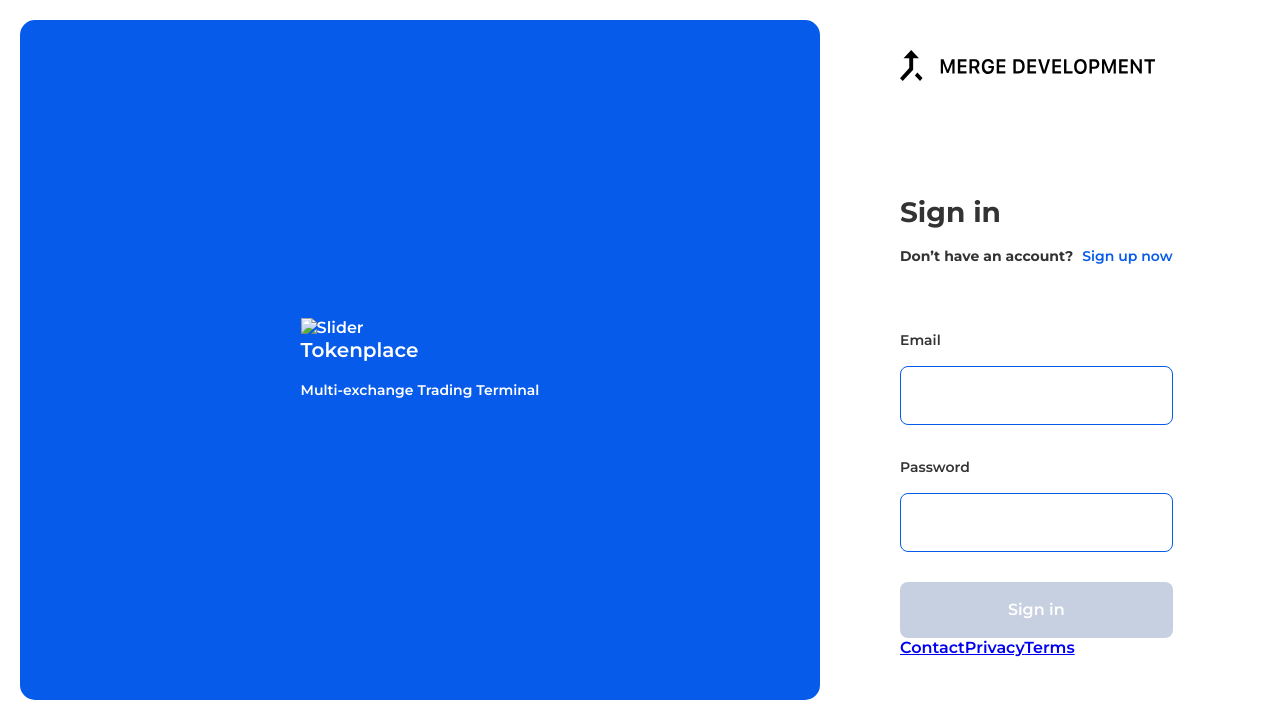
Repository: 13RedFox/form-project
Page: /
These files come from the project's save history. The page is drawn as it stood at one moment and after the next save; the edit follows.
The browser window is 1280 px wide. The pictures show the whole page.
The project was rebuilt for these pictures with package versions that can differ from the ones it lists, and the page was loaded fresh each time.

Above is the page before, as saved 2021-08-04 18:26:18.

After the next save:
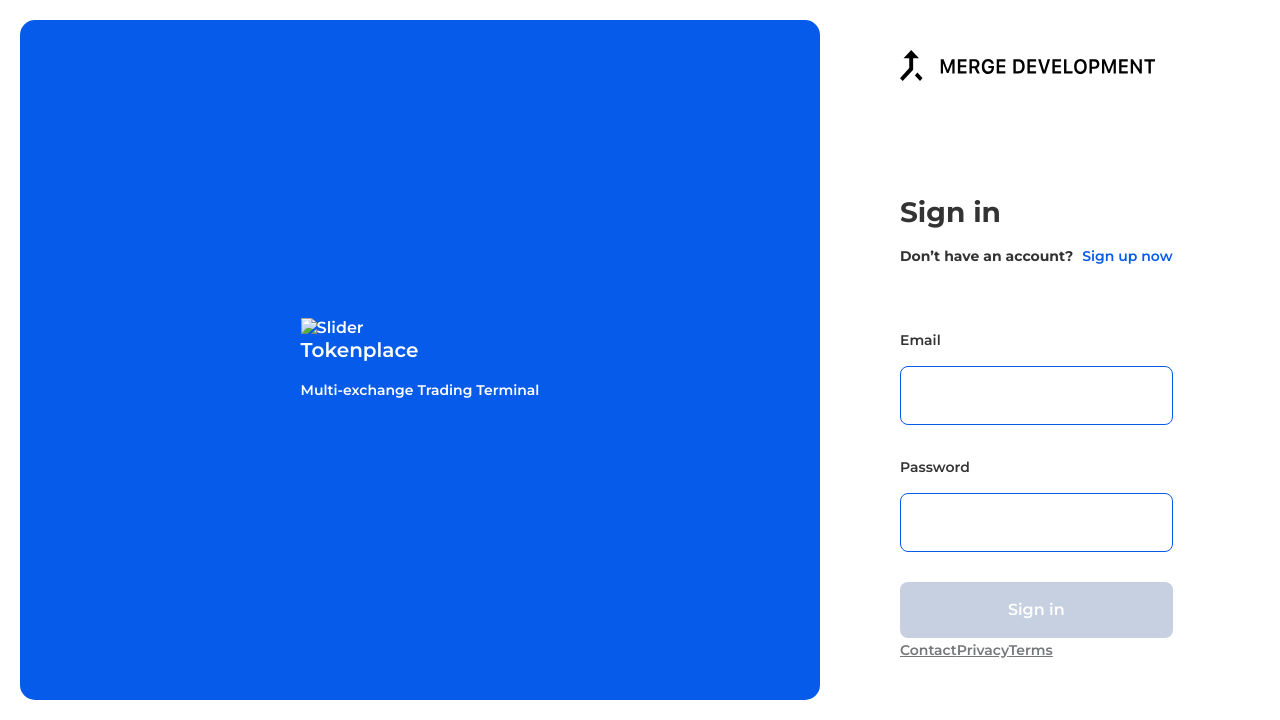
Saved 11 s later.
--- a/src/components/Form/Form.module.scss
+++ b/src/components/Form/Form.module.scss
@@ -42,4 +42,10 @@
 }
 
 .privacyText {
+  ont-weight: 600;
+  font-size: 14px;
+  line-height: 24px;
+  /* identical to box height, or 171% */
+
+  color: #75777a;
 }
